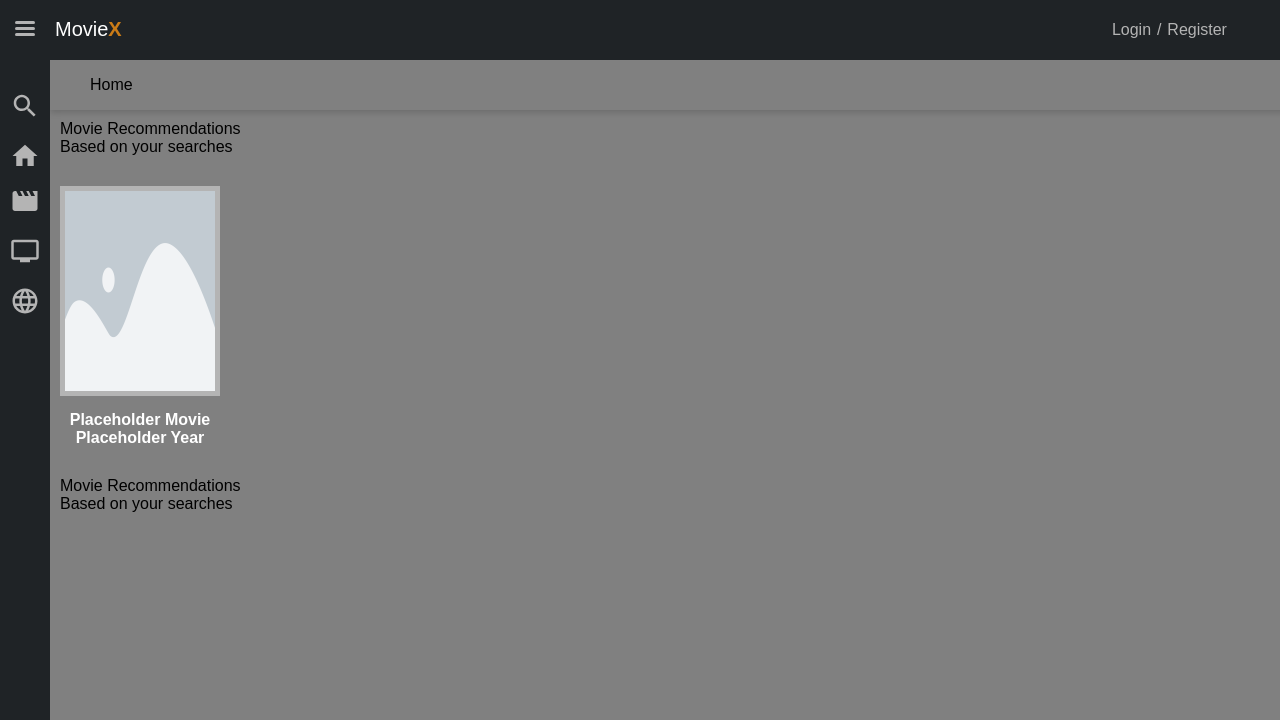
Repository: Amad-Mlinka/MovieTVBrowserNext
Page: /
An editor plug-in stored every save of this project. The page is shown before and after the next save, followed by the edit.
The browser window is 1280 px wide. The pictures show the whole page.
The project was rebuilt for these pictures with package versions that can differ from the ones it lists, and the page was loaded fresh each time. The framework's server and built-in components were replaced by stand-ins that run in the browser. Also part of the build but not shown: next.config.js.

Above is the page before, as saved 2021-08-06 22:33:27.

### pages/_app.js
import Layout from '../components/layout/Layout'
import '../styles/globals.scss'


function MyApp({ Component, pageProps }) {
  return (
    <Layout>
      <Component {...pageProps} />
    </Layout>


  )
}

export default MyApp

### pages/index.js
import Head from 'next/head'
import Image from 'next/image'
import homeStyles from '../styles/Home.module.scss'
import placeholder from "../public/placeholder.png"
import { Button, Rating } from '@material-ui/core'


export default function Home() {
  return (
    <>
      <header className={homeStyles.header}>
        <div className={homeStyles.heading}>
          Home
        </div>

      </header>
      <div className={homeStyles.buffer}></div>
      <div className={homeStyles.content}>
        <div className="movieRecommendations">
          <div className="recommendationHeader">
            <span>Movie Recommendations</span>
          </div>
          <div className="recommendationSubHeader">
            <span>Based on your searches</span>
          </div>
          <div className={homeStyles.mediaList}>
            <div className={homeStyles.media}>
              <div className={homeStyles.mediaContainer}>
                <div className={homeStyles.mediaImageContainer}>
                  <Image className={homeStyles.mediaImage} src={placeholder} height="200" width="150" />
                </div>
                <div className={homeStyles.mediaOverlay}>
                  <div className={homeStyles.mediaRating}>
                    <Rating value="3"></Rating>
                    <span className={`${homeStyles.mediaRatingText} ${homeStyles.mediaOverlayItem}`}> 3/5</span>
                  </div>
                  <div className={`${homeStyles.mediaGenre} ${homeStyles.mediaOverlayItem}`}>
                    <span className={`${homeStyles.mediaGenreText}`}> Drama</span>
                  </div>
                  <div className={`${homeStyles.mediaDetails} ${homeStyles.mediaOverlayItem}`}>
                    <Button variant="contained" color="success">
                      Success
                    </Button>
                  </div>

                </div>
              </div>
              <div className={homeStyles.mediaInfo}>
                <div className={homeStyles.mediaTitle}>
                  <span className={homeStyles.mediaTitleText}> Placeholder Movie</span>
                </div>
                <div className={homeStyles.mediaYear}>
                  <span className={homeStyles.mediaYearText}> Placeholder Year</span>
                </div>
              </div>

            </div>
          </div>
        </div>
        <div className="tvRecommendations">
          <div className="recommendationHeader">
            <span>Movie Recommendations</span>
          </div>
          <div className="recommendationSubHeader">
            <span>Based on your searches</span>
          </div>
        </div>
      </div>
    </>

  )
}

### components/layout/Layout.tsx
import React, { useState } from 'react'
import Nav from '../nav/Nav'
import layoutStyles from "../../styles/Layout.module.scss"

const Layout = ({children}) => {
    const [sidebarOpen, setsidebarOpen] = useState(false)
    const [sidebarLock, setSidebarLock] = useState(false);
    const sidebarToggle = () => {
        setsidebarOpen(!sidebarOpen);
    }
    const sidebarLockToggle = () => {
        setSidebarLock(!sidebarLock);
    }
    return (
        <>
        <Nav sidebarOpen={sidebarOpen} setSidebarOpen={sidebarToggle} sidebarLock={sidebarLock} setSidebarLock={sidebarLockToggle}/>
        <main className={`${layoutStyles.main} ${sidebarOpen ? layoutStyles.hamburgerOpen : layoutStyles.hamburgerClose}`}>
            {children}
        </main>
        </>

    )
}

export default Layout

### styles/globals.scss
html, body {
  height: 100%;
}
body {
  background: #fff;
  padding: 0;
  margin: 0;
  font-family: 'Varela Round', sans-serif;
}

a {
  color: inherit;
  text-decoration: none;
}

* {
  box-sizing: border-box;
}

### styles/Home.module.scss
@import "general.scss";

.header {
  position: relative;
  display: flex;
  flex-direction: row;
  justify-content: flex-start;
}
.heading {
  position: fixed;
  width: 100%;
  align-items: center;
  box-shadow: 0 3px 6px 0 rgb(0 0 0 / 15%);
  color: black;
  display: flex;
  flex-shrink: 0;
  font-size: 16px;
  height: 50px;
  justify-content: space-between;
  padding-left: 40px;
  padding-right: 25px;
  z-index: 1;
}
.buffer {
  height: 50px;
  width: 100%;
  margin-bottom: 10px;
}
.content {
  padding-left: 10px;
}
.mediaList {
  margin: 30px 0px;
}

.media {
  width: fit-content;
  height: fit-content;
  &:hover {

  }
}

.mediaContainer {
  position: relative;
  overflow: hidden;

}

.mediaOverlay {
  position: absolute;
  top: 190px;
  width: 100%;
  height: 100%;
  display: flex;
  flex-direction: column;
  justify-content: center;
  align-items: center;
}
.mediaOverlayItem {
  margin: 10px 0px;
}
.mediaRating {
  display: flex;
  flex-direction: column;
  justify-content: center;
  align-items: center;
}
.mediaImageContainer{
  max-height: 210px;
  border: 5px solid $tertiary-color;
  margin-bottom: 15px;
}

.mediaInfo{
  color: white;
  display: flex;
  flex-direction: column;
  align-items: center;
  font-weight: 700;
}

@keyframes fadeInUp {
  from {
      transform: translate3d(0, 30px, 0);
      opacity: 0;
  }

  to {
      transform: translate3d(0, 0, 0);
      opacity: 1;
  }
}

### components/nav/Nav.tsx
import React from 'react'
import Sidebar from '../sidebar/Sidebar'
import Navbar from '../navbar/Navbar';


const Nav = (props) => {

    return (
        <>
            <Navbar  sidebarOpen={props.sidebarOpen} setSidebarOpen={props.setSidebarOpen} sidebarLock={props.sidebarLock} setSidebarLock={props.setSidebarLock}/>
            <Sidebar sidebarOpen={props.sidebarOpen} setSidebarOpen={props.setSidebarOpen} sidebarLock={props.sidebarLock}/>
        </>
    )
}

export default Nav

### styles/Layout.module.scss
@import "general.scss";

.main{
    position: fixed;
    left: 50px;
    top: 60px;
    transition: all .5s ease;
    width: 100%;
    height: 100%;
    background: gray;

}

.hamburgerClose{
    left: 50px;
    transition: all .5s ease;
}

.hamburgerOpen{
    left: 250px;
}

### styles/general.scss
@import "variables.scss";
.dNone{
    display: none !important;
}
.dBlock{
    display: block !important;
}

### styles/variables.scss
$base-color:#1f2326;
$secondary-color:#cb7c17;
$tertiary-color:#b4b4b4;

@mixin breakpoint($point) {
    @if $point == min-desktop {
      @media (min-width: 993px) { @content ; }
   }
    @else if $point == min-laptop {
      @media (min-width: 769px) { @content ; }
   }
     @else if $point == min-tablet {
      @media (min-width: 361px) { @content ; }
   }
   @else if $point == min-mobile {
      @media (min-width: 0px)  { @content ; }

   }@else if $point == max-desktop {
      @media (max-width: 1200px) { @content ; }

   }@else if $point == max-laptop {
      @media (max-width: 992px) { @content ; }
   }
     @else if $point == max-tablet {
      @media (max-width: 768px) { @content ; }
   }
   @else if $point == max-mobile {
      @media (max-width: 360px)  { @content ; }

   }
 }

### components/sidebar/Sidebar.tsx
/*Imports */
import React, { useState } from 'react'

/*Material components*/
import SidebarLink from "./SidebarLink"


/*Icons*/
import HomeIcon from '@material-ui/icons/Home';
import SearchIcon from '@material-ui/icons/Search';
import MovieIcon from '@material-ui/icons/Movie';
import TvIcon from '@material-ui/icons/Tv';
import LanguageIcon from '@material-ui/icons/Language';
import KeyboardArrowDownIcon from '@material-ui/icons/KeyboardArrowDown';

/*Import Plugins*/
import $ from "jquery"


/*Styles*/
import sidebarStyles from "../../styles/Sidebar.module.scss"


const Sidebar = (props) => {
    const tvDropdown = {
        History: "link",
        Recomendations: "link",
        Bla: "bla"
    }
    const movieDropdown = {
        History: "link",
        Recomendations: "link",
        Bla: "bla"

    }
    const languageDropdown = {
        English: "hi",
        Bosnian: "zdravo"
    }
    return (
        <div className={`${sidebarStyles.sidebar} ${props.sidebarOpen ? sidebarStyles.sidebarActive : ""}`}
        onMouseEnter={()=>{
            if(!props.sidebarOpen && props.sidebarLock){
                props.setSidebarOpen(!props.sidebarOpen);
            }
        }}
        onMouseLeave={() => {
            if(props.sidebarOpen && props.sidebarLock){
                props.setSidebarOpen(!props.sidebarOpen);
            }
        }}
        >

            <div className={sidebarStyles.sidebarMenu}>
                <ul className={`${sidebarStyles.sidebarList}`}>
                    <SidebarLink type="search" sidebarOpen={props.sidebarOpen} />

                    <SidebarLink type="singleLink" text="Home" icon={<HomeIcon/>} sidebarOpen={props.sidebarOpen}  />

                    <SidebarLink type="dropdown" text="Movies" icon={<MovieIcon/>} sidebarOpen={props.sidebarOpen} dropdownLinks ={movieDropdown}/>

                    <SidebarLink type="dropdown" text="TV Shows" icon={<TvIcon/>} sidebarOpen={props.sidebarOpen} dropdownLinks ={tvDropdown}/>

                    <SidebarLink type="dropdown" text="Languages" icon={<LanguageIcon/>} sidebarOpen={props.sidebarOpen} dropdownLinks ={languageDropdown}/>

                </ul>
            </div>

        </div>
    )
}

export default Sidebar

### components/navbar/Navbar.tsx
/*Imports */
import React from 'react'

/*Material components*/
import Avatar from '@material-ui/core/Avatar';

/*Icons*/

/*Import Plugins*/


/*Styles*/
import navStyles from "../../styles/Navbar.module.scss"

const Navbar = (props) => {
    return (
        <header className={navStyles.header}>
        <div className={navStyles.left}>
            <div className={navStyles.hamburgerLogo}>
                <div className={navStyles.hamburger} onClick={()=>{
                        props.setSidebarOpen(!props.sidebarOpen);
                        props.setSidebarLock(!props.sidebarLock);

                    }}>
                    <div className={`${navStyles.spinner} ${navStyles.diagonal} ${props.sidebarOpen ? navStyles.part1Active : ""}`}></div>
                    <div className={`${navStyles.spinner} ${navStyles.horizontal} ${props.sidebarOpen ? navStyles.horizontalActive : ""}`}></div>
                    <div className={`${navStyles.spinner} ${navStyles.diagonal} ${props.sidebarOpen ? navStyles.part2Active : ""}`}></div>
                </div>
                <div data-end="X" className={navStyles.logo}>
                    <span>Movie</span>
                </div>
            </div>


        </div>
        <div className={navStyles.right}>
            <div className={navStyles.profile}>
                <div className={`${navStyles.loggedIn} ${navStyles.dNone} `}>

                    <Avatar className={navStyles.avatar} alt="Amad Mlinaric"> AM </Avatar>
                </div>
                <div className={`${navStyles.notLoggedIn} `}>
                    <div className={navStyles.loginRegister}>
                        <div className={navStyles.login}>
                            <span>Login</span>
                        </div>
                        <span>/</span>
                        <div className={navStyles.register}>
                            <span>Register</span>
                        </div>
                    </div>
                </div>
            </div>
        </div>

    </header>
    )
}

export default Navbar

### components/sidebar/SidebarLink.tsx
/*Imports */
import React, { useEffect, useState } from 'react'

/*Material components*/


/*Icons*/
import HomeIcon from '@material-ui/icons/Home';
import SearchIcon from '@material-ui/icons/Search';
import MovieIcon from '@material-ui/icons/Movie';
import TvIcon from '@material-ui/icons/Tv';
import LanguageIcon from '@material-ui/icons/Language';
import KeyboardArrowDownIcon from '@material-ui/icons/KeyboardArrowDown';

/*Import Plugins*/
import $ from "jquery"


/*Styles*/
import sidebarStyles from "../../styles/Sidebar.module.scss"



const SidebarLink = (props) => {
    const types = ["search", "singleLink", "dropdown"]
    const [open, setOpen] = useState(false);
    useEffect(() => {
        setOpen(false);
    }, [props.sidebarOpen])
    return (
        <>
            {
                props.type === types[0] ?
                    <li className={`${sidebarStyles.sidebarLink} ${sidebarStyles.sidebarSearch} ${props.sidebarOpen ? sidebarStyles.sidebarSearchActive : ""}`}>
                        <div className={` ${sidebarStyles.searchContainer}`} >
                            <SearchIcon className={sidebarStyles.searchIcon} />
                            <input type="search" name="searchBar" className={`${sidebarStyles.searchBar} ${!props.sidebarOpen ? sidebarStyles.searchBarClosed : ""}`} ></input>
                        </div>
                    </li>
                    :
                    props.type === types[1] ?
                        <li className={sidebarStyles.sidebarLink}>
                            <div className={sidebarStyles.sidebarLinkMain}>
                                {props.icon}
                                <span className={`${sidebarStyles.sidebarText}  ${props.sidebarOpen ? sidebarStyles.sidebarTextActive : ""}`}>{props.text}</span>
                            </div>
                        </li>
                        :
                        <li className={sidebarStyles.sidebarLink} onClick={() => {
                            setOpen(!open)
                        }
                        }>
                            <div className={sidebarStyles.sidebarLinkMain}>
                                {props.icon}
                                <span className={`${sidebarStyles.sidebarText}  ${props.sidebarOpen ? sidebarStyles.sidebarTextActive : ""}`}>{props.text}</span>
                                <KeyboardArrowDownIcon />
                            </div>
                            <div className={`${sidebarStyles.sidebarDropdown} ${open ? sidebarStyles.open : ""}`}>
                                <ul className={`${sidebarStyles.sidebarDropdownLinks}  `}>
                                    {
                                        Object.entries(props.dropdownLinks).map(([name, link]) => (
                                            <li className={sidebarStyles.sidebarDropdownLink} key={name}>{name}</li>
                                        ))

                                    }
                                </ul>
                            </div>
                        </li>
            }
        </>


    )
}

export default SidebarLink

### styles/Sidebar.module.scss
@import "general.scss";
.sidebar {
    position: fixed;
    top: 60px;
    width: 50px;
    height: 100%;
    transition: width 0.5s;
    background: $base-color;
    display: flex;
    flex-direction: column;
    overflow: hidden;
    z-index: 2;
}
.sidebarActive {
    width: 100%;
}

.sidebarList {
    list-style-type: none;
    padding: 0;
    width: 100%;

    .sidebarLink {
        height: fit-content;
        min-height: 50px;
        display: flex;
        flex-direction: column;
        position: relative;
        justify-content: center;
        padding-top: 10px;
        width: 200px;
        &:hover {
            cursor: pointer;
            background: rgba($color: $tertiary-color, $alpha: 0.1);
        }
    }
    .sidebarLinkMain {
        display: flex;
        align-items: center;

    }
    .sidebarText {
        margin-left: 20px;
        color: $tertiary-color;
        width: 100px;
        max-height: 19px;
        min-width: 79px;
        font-weight: bold;
    }
    svg {
        color: $tertiary-color;
        font-size: 30px;
        margin-left: 10px;
    }
    .dropdownIcon {
        font-size: 40px !important;
        &:hover {
            border-radius: 50%;
            border: 0px solid $tertiary-color;
            background: rgba($color: $tertiary-color, $alpha: 0.1);
        }
    }
    .sidebarDropdown {
        position: relative;
        margin-left: 10px;
        max-height: 0;
        transition: max-height 0.35s ease-out;
        overflow: hidden;
        margin-top: 10px;
        .sidebarDropdownLinks {
            list-style: none;
            .sidebarDropdownLink {
                color: $tertiary-color;
                height: 30px;
                font-size: 15px;
            }
        }
    }
    .open {
        max-height: 500px;
        transition: max-height 0.35s ease-in;
    }
}
.sidebarSearch {
    margin-left: 0;
    transition: all 0.5s;
}
.sidebarSearchActive {
    margin-left: 10px;
    width: 100% !important;
    display: flex;
    justify-content: center;
    align-items: center;
    &:hover {
        cursor: pointer;
        background: rgba($color:transparent, $alpha: 0.1) !important;
    }
}
.search {
    background: $base-color;
    width: 100%;
    display: flex;
    flex-direction: column;
    justify-content: center;
    align-items: center;
    visibility: hidden;
}
.searchActive {
    visibility: visible !important;
}
.searchContainer {
    width: 80%;
    display: flex;
    align-items: center;
}
.searchIcon {
    position: absolute;
    color: #b4b4b4;
    opacity: 100 !important;
}

.searchBar {
    width: 100%;
    background: #303437;
    border: 0;
    height: 40px;
    border-radius: 5px;
    padding-left: 45px;
    caret-color: black;
    transition: all 0.3s ease-in-out;
    visibility: visible;
    opacity: 100;
    &:focus {
        background: white;
        outline: none;
    }

}
.searchBarClosed{
    visibility: hidden;
    opacity: 0;
}

@include breakpoint(min-tablet) {
    .sidebarSearchActive {
        margin-left: 10px;
        width: 100% !important;
        display: flex;
        justify-content: flex-start;
        align-items: flex-start;
        &:hover{
            background: transparent;
        }
    }
    .sidebarActive {
        width: 250px;
    }
}

### styles/Navbar.module.scss
@import "general.scss";
//***************************Header***************************//

.header {
    display: flex;
    flex-direction: row;
    justify-content: space-between;
    width: 100%;
    background: $base-color;
    height: 60px;
    position: fixed;
    z-index: 1;
}
.left {
    display: flex;
    flex-direction: row;
    width: 50%;
    justify-content: flex-start;
    align-items: center;
    height: 100%;
}
.hamburgerLogo {
    display: flex;
    flex-direction: row;
}
.hamburger {
    box-sizing: border-box;
    cursor: pointer;
    z-index: 99;
    height: 25px;
    width: 25px;
    margin: 0px 15px;
}
.spinner {
    box-sizing: border-box;
    position: absolute;
    height: 3px;
    width: 20px;
    background-color: #b4b4b4;
    border-radius: 5px;
    margin-top: 3px;
}
.horizontal {
    box-sizing: border-box;
    position: relative;
    transition: all ease-out 0.3s;
}
.horizontalActive{
    display: none;
}
.diagonal {
    box-sizing: border-box;
    position: relative;
    transition: all ease-out 0.3s;
}
.part1Active{
    transform: rotate(
        45deg
        );
        top: 4px;

}
.part2Active{
    transform: rotate(
        315deg
        );
    bottom: 2px;
}
.logo {
    &::after {
        content: "X";
        color: $secondary-color;
        font-weight: bolder;
        font-size: 20px;
    }
    span{
        display: none;
    }
    font-size: 20px;
    color: white;

}

.right{
    height: 100%;
    display: flex;
    flex-direction: row-reverse;
    align-items: center;
    width: 50%;
}
.expandButton{
    font-size: 40px;
    color: $tertiary-color;

}
.profile{
    display: flex;
    flex-direction: row;
    justify-content:flex-start;
   .loggedIn{
       display: flex;
   }
    .notLoggedIn{
        .loginRegister{
            display: flex;
            flex-direction: row;
            justify-content: space-between;
            color: #b4b4b4;
            width: 115px;
            margin-right: 10px;
        }

    }
}

@include breakpoint(min-tablet){


    .header {
        display: flex;
        flex-direction: row;
        justify-content: space-between;
        width: 100%;
        background: $base-color;
        height: 60px;
    }
    .left {
        display: flex;
        flex-direction: row;
        width: 50%;
        justify-content: flex-start;
        align-items: center;
        height: 100%;
    }
    .logo {
        font-size: 20px;
        color: white;
        span{
            display: inline;
        }
        &::after {
            content: attr(data-end);
            color: $secondary-color;
            font-weight: bolder;
        }
    }
    .search {
        position: relative;
        margin-left: 10px;
        top: 0;
        left: 0;
    }

    .expandButton{
        display: none;
    }
    .right{
        height: 100%;
        display: flex;
        flex-direction: row-reverse;
        align-items: center;
        width: 50%;
    }
    .profile{
        display: flex;
        flex-direction: row;
        width: 33%;
        justify-content: center;
        .loggedIn{
            .avatar{
                margin-left: 45px;
            }
        }
        .notLoggedIn{
            .loginRegister{
                display: flex;
                flex-direction: row;
                justify-content: space-between;
                color: #b4b4b4;
                width: 115px;
            }

        }
    }


}

After the next save:
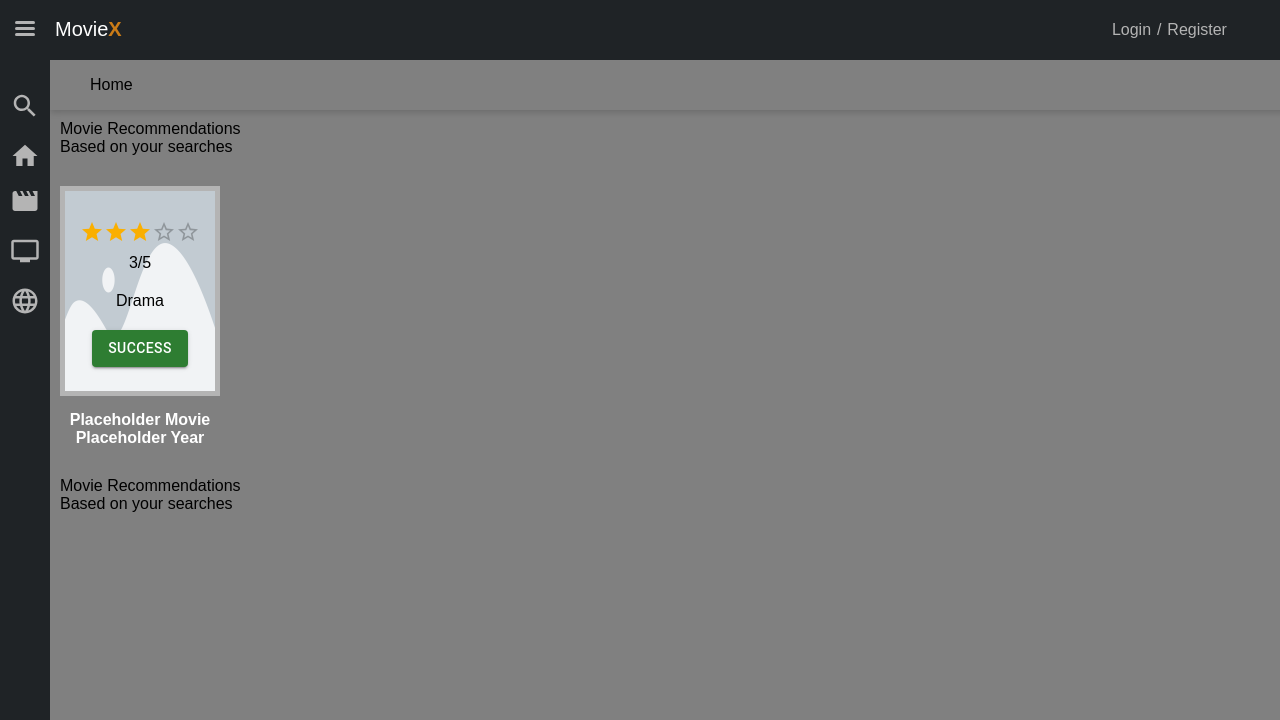
Saved 16 s later.
--- a/styles/Home.module.scss
+++ b/styles/Home.module.scss
@@ -49,7 +49,7 @@
 
 .mediaOverlay {
   position: absolute;
-  top: 190px;
+  top: 0px;
   width: 100%;
   height: 100%;
   display: flex;

After the 2 saves that followed:
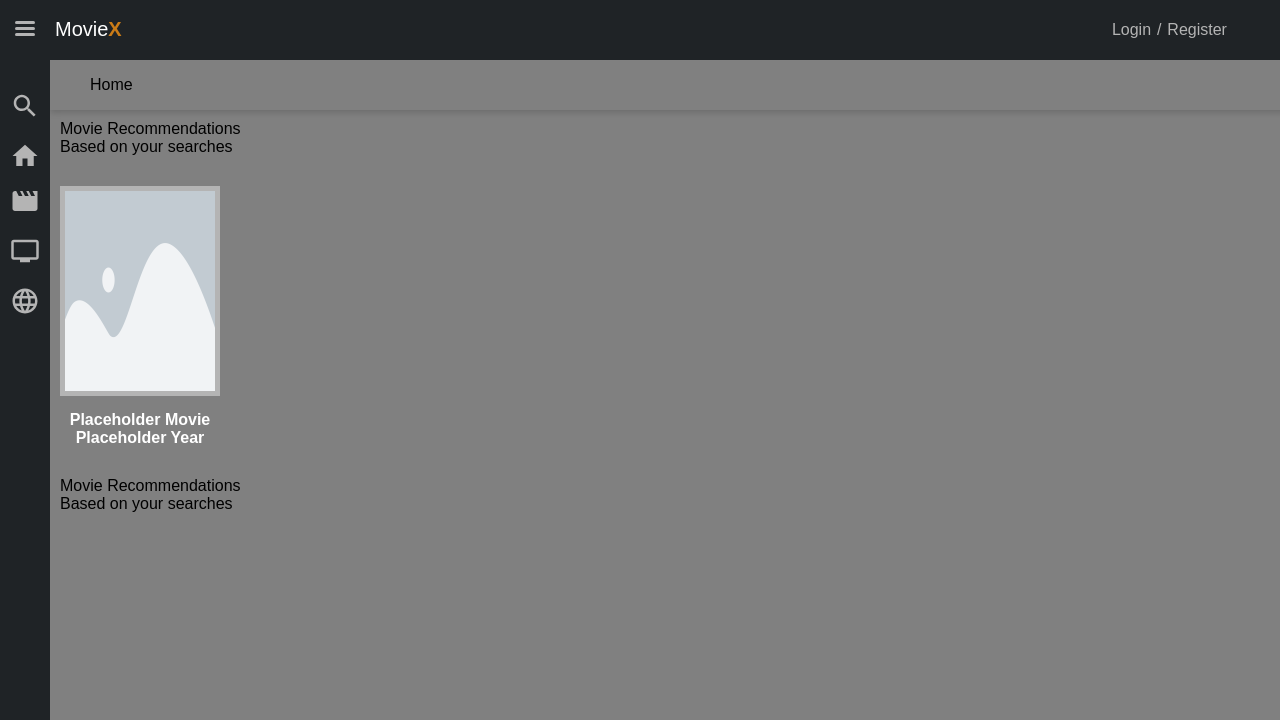
The 2 saves are shown as one change because 1 left the picture as it was.
The last was saved 37 s later.
--- a/styles/Home.module.scss
+++ b/styles/Home.module.scss
@@ -37,7 +37,9 @@
   width: fit-content;
   height: fit-content;
   &:hover {
-
+    .mediaOverlay {
+      animation: fadeInUp .5s ease-in-out;
+    }
   }
 }
 
@@ -49,6 +51,7 @@
 
 .mediaOverlay {
   position: absolute;
+  opacity: 0;
   top: 0px;
   width: 100%;
   height: 100%;
